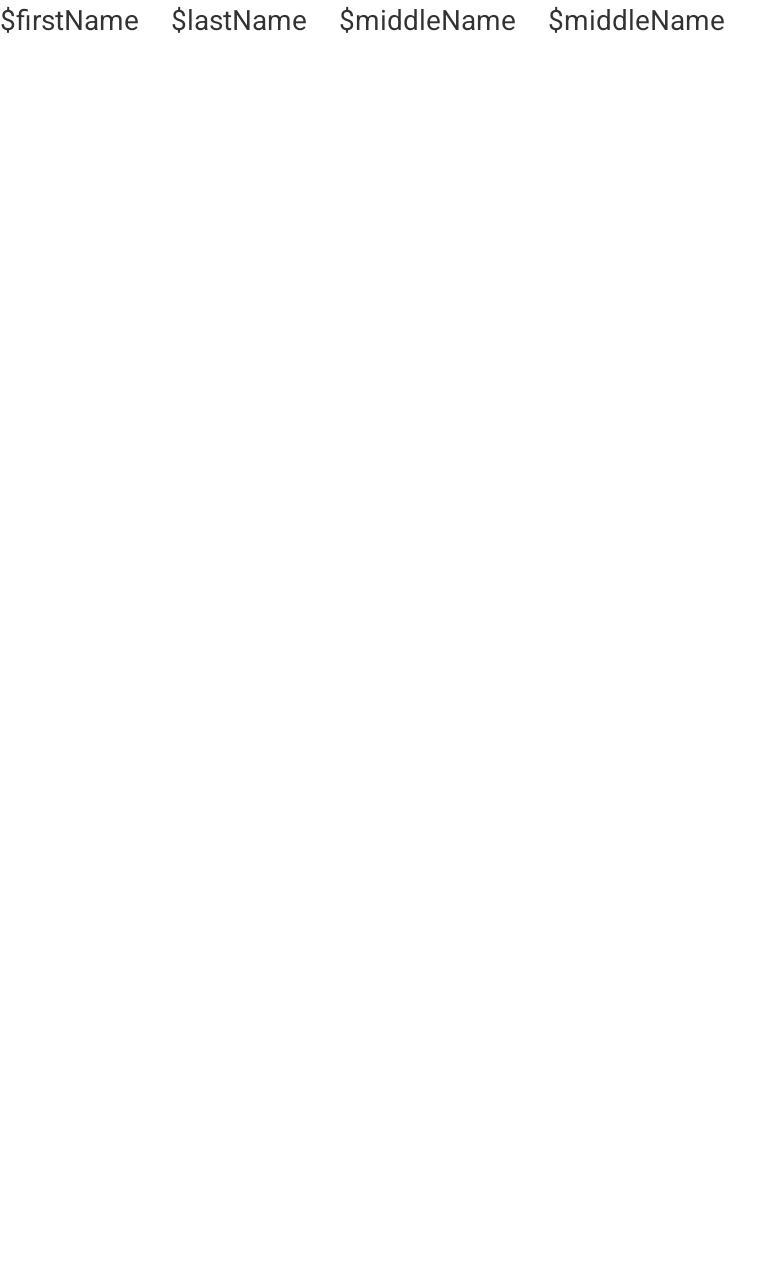
Repository: egslava/android-net-list-utils
Layout: NetUtilsSamples/res/layout/person.xml
These files come from the project's save history. The layout is drawn as it stood at one moment and after the next save; the edit follows.
It is drawn on a 768 x 1280 px phone screen (xhdpi) without system bars, with theme AppTheme; the app's code is not run.

Above is the layout before, as saved 2013-10-14 07:22:00.

After the next save:
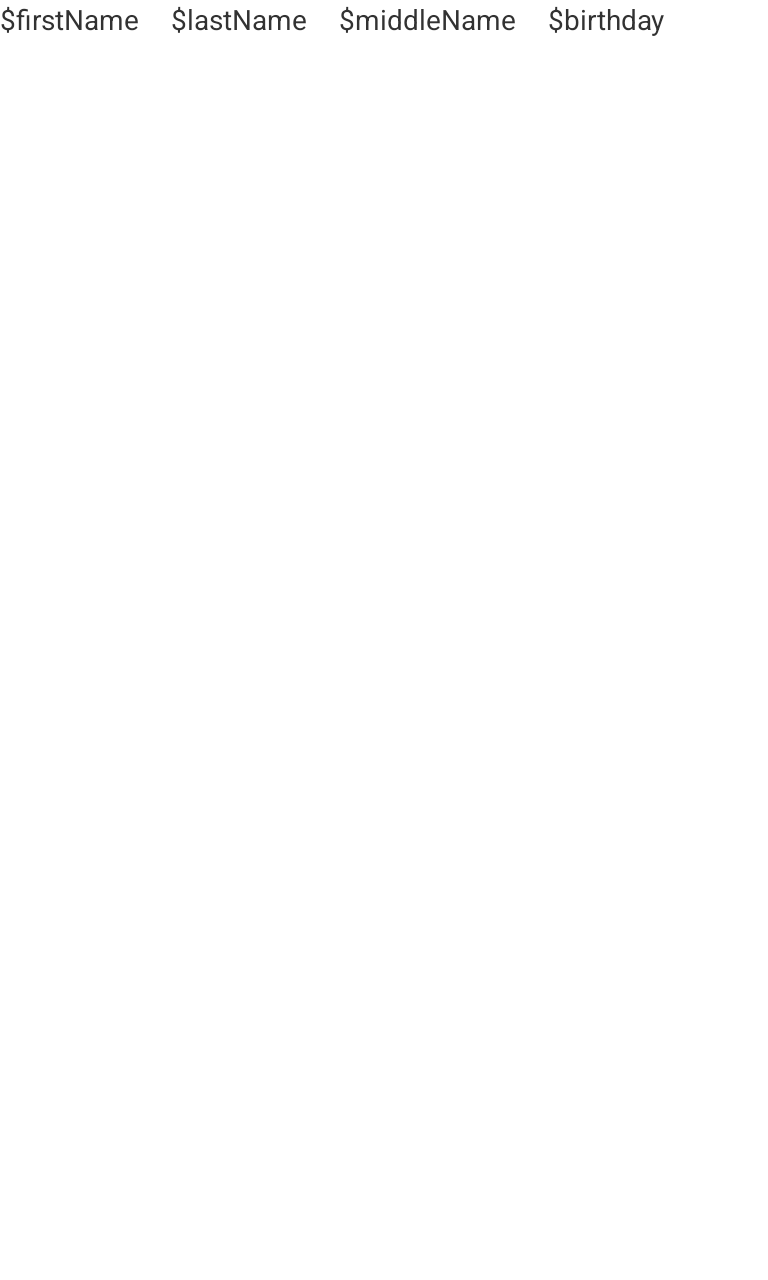
Saved 8 s later.
--- a/NetUtilsSamples/res/layout/person.xml
+++ b/NetUtilsSamples/res/layout/person.xml
@@ -28,7 +28,7 @@
         android:id="@+id/$birthday"
         android:layout_width="wrap_content"
         android:layout_height="wrap_content"
-        android:text="$middleName"
+        android:text="$birthday"
         android:layout_marginLeft="@dimen/activity_horizontal_margin"
         android:tag="(dd.MM.yyyy)" />
 
